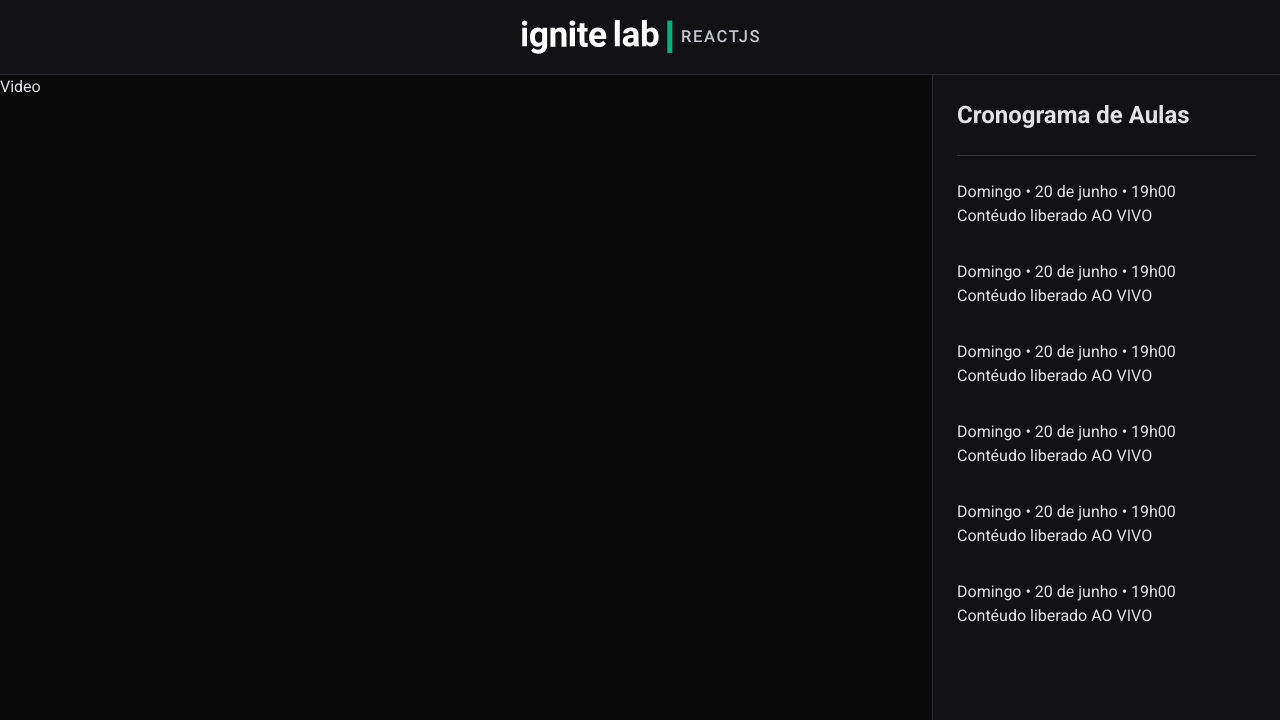
Repository: guilhermecardoso93/ignitelab
Page: /event
The author's editor kept a copy of each file at every save. The page is drawn from the files as they stood at one save, then again after the next save.
The browser window is 1280 px wide. The pictures show the whole page.
The project was rebuilt for these pictures with package versions that can differ from the ones it lists, and the page was loaded fresh each time. Also part of the build but not shown: vite.config.ts.

Above is the page before, as saved 2022-06-22 11:39:13.

After the next save:
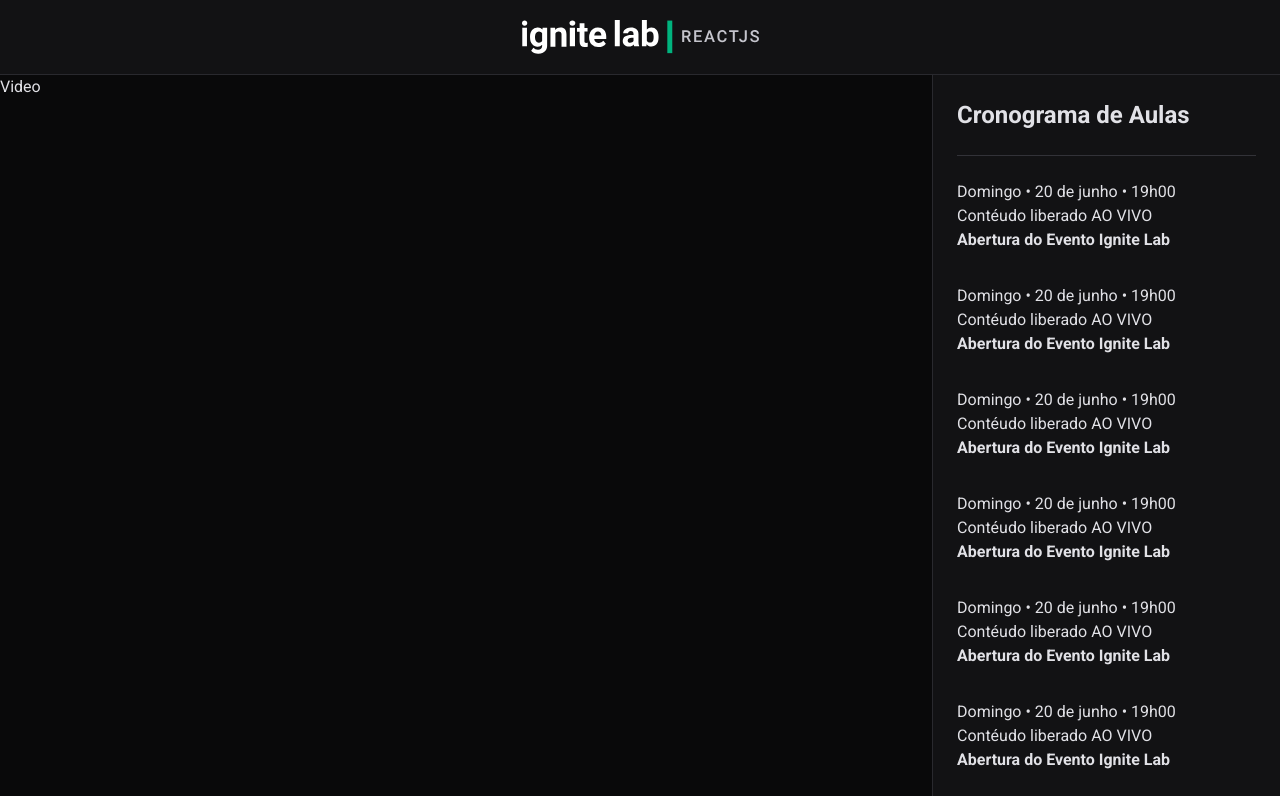
Saved 4 min 32 s later.
--- a/src/components/Lesson/index.tsx
+++ b/src/components/Lesson/index.tsx
@@ -8,7 +8,7 @@
           <span> AO VIVO </span>
         </header>
         <strong>
-
+          Abertura do Evento Ignite Lab
         </strong>
       </div>
     </a>
